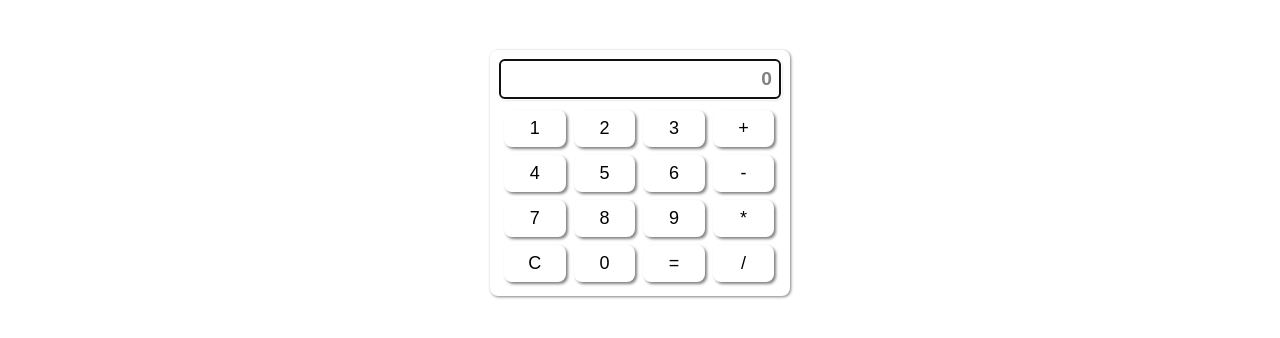
Repository: qudos4real/calculator
Page: /
The author's editor kept a copy of each file at every save. The page is drawn from the files as they stood at one save, then again after the next save.
The browser window is 1280 px wide. The pictures show the whole page.
The first visible `.screen` has the focus.
The project was rebuilt for these pictures with package versions that can differ from the ones it lists, and the page was loaded fresh each time.

Above is the page before, as saved 2022-10-09 14:14:30.

### src/index.css
body {
  margin: 0;
  font-family: -apple-system, BlinkMacSystemFont, 'Segoe UI', 'Roboto', 'Oxygen',
    'Ubuntu', 'Cantarell', 'Fira Sans', 'Droid Sans', 'Helvetica Neue',
    sans-serif;
  -webkit-font-smoothing: antialiased;
  -moz-osx-font-smoothing: grayscale;
}

code {
  font-family: source-code-pro, Menlo, Monaco, Consolas, 'Courier New',
    monospace;
}
   border: 10px solid black;

### src/App.js
import Buttons from "./components/Calculator";




function App() {
  return (
    <>
         <Buttons />
    </>
  );
}

export default App;

### src/components/Calculator.js
import React from "react";
import "./Calculator.css";
import { useState } from "react";

const numbers = [
  [1, 2, 3, "+"],
  [4, 5, 6, "-"],
  [7, 8, 9, "*"],
  ["C", 0, "=", "/"],
];

function Buttons() {
  const [val, setVal] = useState(0);

  const clearVal = () => {
    try {
      setVal(val.slice(0, -1));
    } catch (error) {
      setVal("");
    }
  };

  const equalTo = () => {
    try {
      setVal(eval(val));
    } catch (error) {
      setVal("Error");
    }
  };

  return (
    <div className="buttonWrapper">
      <input type="text" className="screen" value={val} onChange={(e) => setVal(e.target.value)} /> <br />
      {numbers.flat().map((num) => (
        <button
          className="num"
          key={num}
          value={num}
          onClick={
            num === "C"
              ? (e) => clearVal()
              : num === "="
              ? () => equalTo()
              : (e) => setVal(val + e.target.value)
          }
        >
          {num}
        </button>
      ))}
    </div>
  );
}

export default Buttons;

### src/components/Calculator.css
* {
    box-sizing: border-box;
}
.buttonWrapper {
    width: 300px;
    padding: 10px;
    margin: 50px auto;
    background-color: white;
    box-shadow: 1px 1px 3px grey;
    border-radius: 0.5rem;
}
.num {
    width: 22%;
    font-size: large;
    padding: 0.5rem;
    margin: 0.25rem;
    border: none;
    box-shadow: 2px 2px 3px grey;
    border-radius: 0.5rem;
    background-color: white;
    transition-duration: 0.3s;
}
.num:hover {
    background-color: grey;
    color: white;
    cursor: pointer;
}
.screen {
    width: 100%;
    margin-bottom: 0.5rem;
    text-align: end;
    border: none;
    border-radius: 0.3rem;
    box-shadow: 1px 1px 3px grey;
    color: gray;
    padding: 0.5rem;
    font-size: larger;
    font-weight: 600;
}
.screen:focus {
    border: none;
}

Loaded but not shown: public/index.html (common file); src/index.js (common file); public/manifest.json (common file)

After the next save:
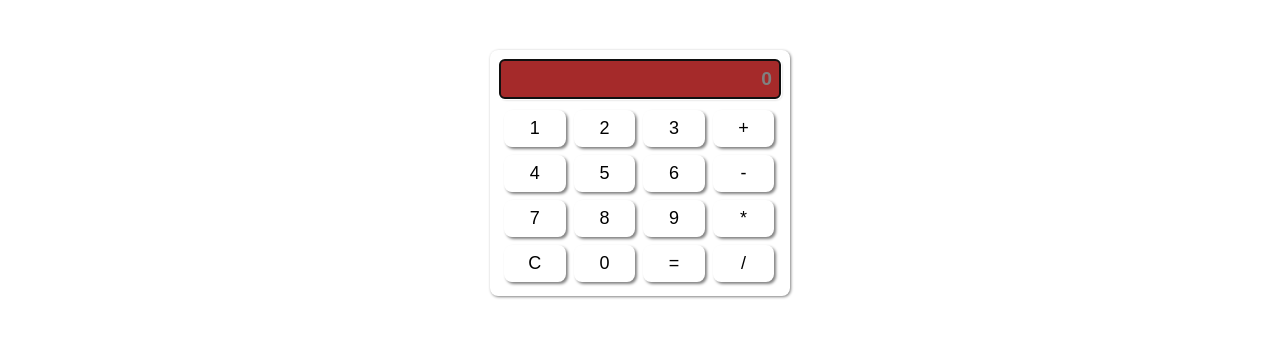
Saved 24 s later.
--- a/src/components/Calculator.css
+++ b/src/components/Calculator.css
@@ -39,4 +39,5 @@
 }
 .screen:focus {
     border: none;
+    background-color: brown;
 }
